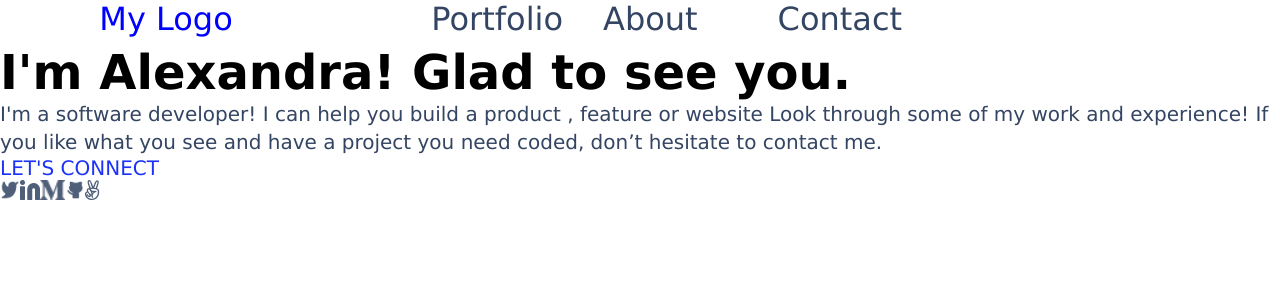
Repository: usman3123/portfolio-template-3
Page: portfolio.html
The author's editor kept a copy of each file at every save. The page is drawn from the files as they stood at one save, then again after the next save.
The browser window is 1280 px wide. The pictures show the whole page.
Some web libraries are served in a nearby version.

Above is the page before, as saved 2025-01-22 09:27:58.

### portfolio.html
<!DOCTYPE html>
<html lang="en">
<head>
  <meta charset="UTF-8">
  <meta name="viewport" content="width=device-width, initial-scale=1.0">
  <title>project 2</title>
  <link rel="stylesheet" href="style.css">
  <link href='https://unpkg.com/boxicons@2.1.4/css/boxicons.min.css' rel='stylesheet'>
  <link rel="stylesheet" href="https://cdnjs.cloudflare.com/ajax/libs/font-awesome/6.6.0/css/all.min.css" integrity="sha512-Kc323vGBEqzTmouAECnVceyQqyqdsSiqLQISBL29aUW4U/M7pSPA/gEUZQqv1cwx4OnYxTxve5UMg5GT6L4JJg==" crossorigin="anonymous" referrerpolicy="no-referrer" />
  <link rel="stylesheet" href="https://cdnjs.cloudflare.com/ajax/libs/font-awesome/6.6.0/css/all.min.css" integrity="sha512-Kc323vGBEqzTmouAECnVceyQqyqdsSiqLQISBL29aUW4U/M7pSPA/gEUZQqv1cwx4OnYxTxve5UMg5GT6L4JJg==" crossorigin="anonymous" referrerpolicy="no-referrer" />

  <link rel="stylesheet" href="https://cdnjs.cloudflare.com/ajax/libs/font-awesome/6.7.2/css/all.min.css">
  <link rel="preconnect" href="https://fonts.googleapis.com">
<link rel="preconnect" href="https://fonts.gstatic.com" crossorigin>
<link href="https://fonts.googleapis.com/css2?family=Poppins:ital,wght@0,100;0,200;0,300;0,400;0,500;0,600;0,700;0,800;0,900;1,100;1,200;1,300;1,400;1,500;1,600;1,700;1,800;1,900&display=swap" rel="stylesheet">
</head>

<body>

  <!-- Navbar -->

  <nav class="navbar flex">
    <p class="mainlogoo">My Logo</p>
    <div class="nav-links flex">
      <a href="#myportfolio" style="text-decoration: none;" class="link">Portfolio</a>
      <a href="#myabout" style="text-decoration: none;" class="link">About<a>
      <a href="#mycontact" style="text-decoration: none;" class="link">Contact<a>
    </div>
    <img src="/assets/Enabled.png" id="menu-icon">
  </nav>

  <!-- Main Content -->

   <main>



  <section id="myportfolio" class="hero-section flex">
    <div class="hero-content flex">
      <div class="hp">
        <h1 class="hero-head"> I'm Alexandra!
          Glad to see you.
      </h1>
      <p class="hero-p">
         I'm a software developer! I can help you build a product , feature or website Look through  some of my work and experience! If you like what you see and have a project you need coded, don’t hesitate to contact me.
      </p>
      </div>
     <p class="let-connect"> LET'S CONNECT</p>

      <div class="icons flex">
          <img src="/assets/twitter.png" class="media-icon">
          <img src="assets/Linkedin.png" class="media-icon">
          <img src="assets/M.png" class="media-icon">
          <img src="assets/Github.png" class="media-icon">
          <img src="assets/V.png" class="media-icon">
      </div>
    </div>
  </section>

  <!-- Cards Section -->

  <!-- <section class="cards flex">
  </section>

  <div class="page">
    </div>
     -->


   <!-- ABOUT MYSELF -->

  <!-- <section id="myabout" class="about flex">

    <div class="about-intro flex">
      <h1 style="font-size: 40px;">About Myself</h1>
      <p class="about-paragraph">Hello I'm a software developer! I can help you build a product , feature or website Look through some of my work and experience! If you like what you see and have a project you need coded, don't hesitate to contact me.</p>
        <p class="let-connect">Let's Connect</p>
        <div class="icons flex icon-gap">
          <img src="assets/twitter.png" class="twitter">
          <img src="assets/Linkedin.png" class="inimage">
          <img src="assets/M.png" class="mimage">
          <img src="assets/Github.png" class="tomimage">
          <img src="assets/V.png" class="protocol">
      </div>
      <button class="button rsm-btn"> Get my resume</button>
    </div>

    <div class="about-skills flex">
      <div class="about-all flex">
        <p>Languages</p>
        <i class='bx bx-chevron-down'></i>
      </div>
      <div class="about-lang flex">
        <div class="about-lang-img flex">
          <i class="fa-brands fa-js" style="color: #ff0000;"></i>
          <p>JavaScript</p>
        </div>
        <div class="about-lang-img flex">
          <i class="fa-brands fa-html5" style="color: #FFD43B;"></i>
          <p>Html</p>

        </div>
        <div class="about-lang-img flex">
          <i class="fa-brands fa-css3-alt" style="color: #74C0FC;"></i>
          <p>css</p>
        </div>
      </div>
      <div class="about-all flex">
        <p> Frameworks</p>
        <i class='bx bx-chevron-right'></i>
      </div>
      <div class="about-all flex">
        <p>Skills</p>
        <i class='bx bx-chevron-right'></i>
        </div>
        </div>
        <div class="contact-section flex">
            <h4 class="contact-paragraph">I'm always interested in hearing about new projects, so if you'd like to chat please get in touch.</h4>
            <form action="submit-form" class="contact-form flex">
                <div class="names flex">
                    <input type="text" placeholder="Full name" class="first-name">
                    <input type="text" placeholder="last name" class="last-name">
      </div>
        <div class="contact-section flex">
            <h4 class="contact-paragraph">I'm always interested in hearing about new projects, so if you'd like to chat please get in touch.</h4>
            <form action="submit-form" class="contact-form flex">
                <div class="names flex">
                    <input type="text" placeholder="Full name" class="first-name">
                    <input type="text" placeholder="last name" class="last-name">
    </div>
  </section> -->

  <!-- Contact section -->

  <!-- <section id="mycontact" class="contact-section">
    <h1 class="contact-heading">Contact Me</h1>
    <p class="contact-description">
        If you have an application you are interested in developing, a feature that you need built, or a project that needs coding, I'd love to help with it!
    </p>
    <form class="contact-form">
        <input class="form-input" type="text" placeholder="Your Name">
        <input class="form-input" type="email" placeholder="Your Email">
        <textarea class="form-message" placeholder="Write your message here..."></textarea>
        <button class="form-button">Get in Touch</button>
    </form>

</section>

</main> -->

<script src="index.js"></script>
</body>
</html>

### style.css
*{
    margin: 0;
    padding: 0;
    box-sizing: border-box;
}
body {
    font-family: Verdana, Geneva, Tahoma, sans-serif;
}
.flex {
    display: flex;
}
.navbar {
    justify-content: space-around;
}
.mainlogoo {
    font-size: 2rem;
    color: blue;
}
.nav-links {
    gap: 40px;
    font-size: 2rem;
}
.link {
    color: #344563;
}
#menu-icon {
    /* display: none; */
    color: black;
}
.hero-content {
    flex-direction: column;
}
.hero-head {
    font-size: 48px;
    font-weight: 700;
}
.hero-p {
    font-size: 20px;
    line-height: 28px;
    color: #344563;
}
.let-connect {
    color: #1d32f7;
    font-size: 20px;
    font-weight: 500;
    line-height: 24px;
}
.media-icon {
    height: 20px;
}

Loaded but not shown: index.js (no copy from this time; the picture is the same without it)

After the next save:
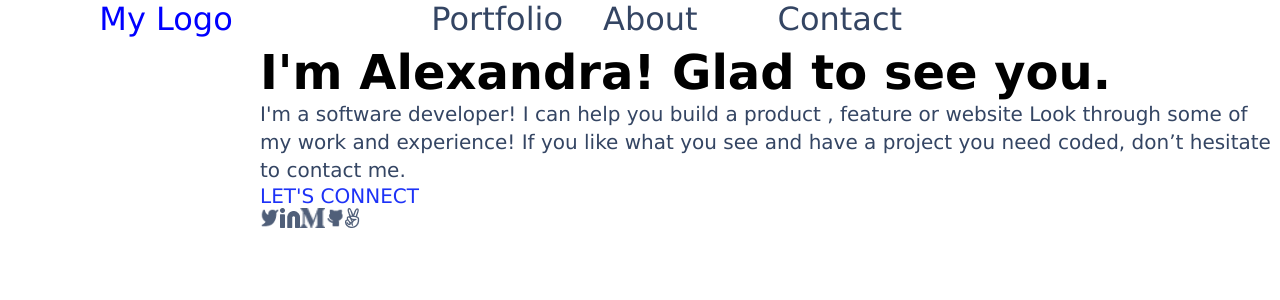
Saved 80 s later.
--- a/style.css
+++ b/style.css
@@ -29,6 +29,7 @@ body {
 }
 .hero-content {
     flex-direction: column;
+    margin-left: 260px;
 }
 .hero-head {
     font-size: 48px;
